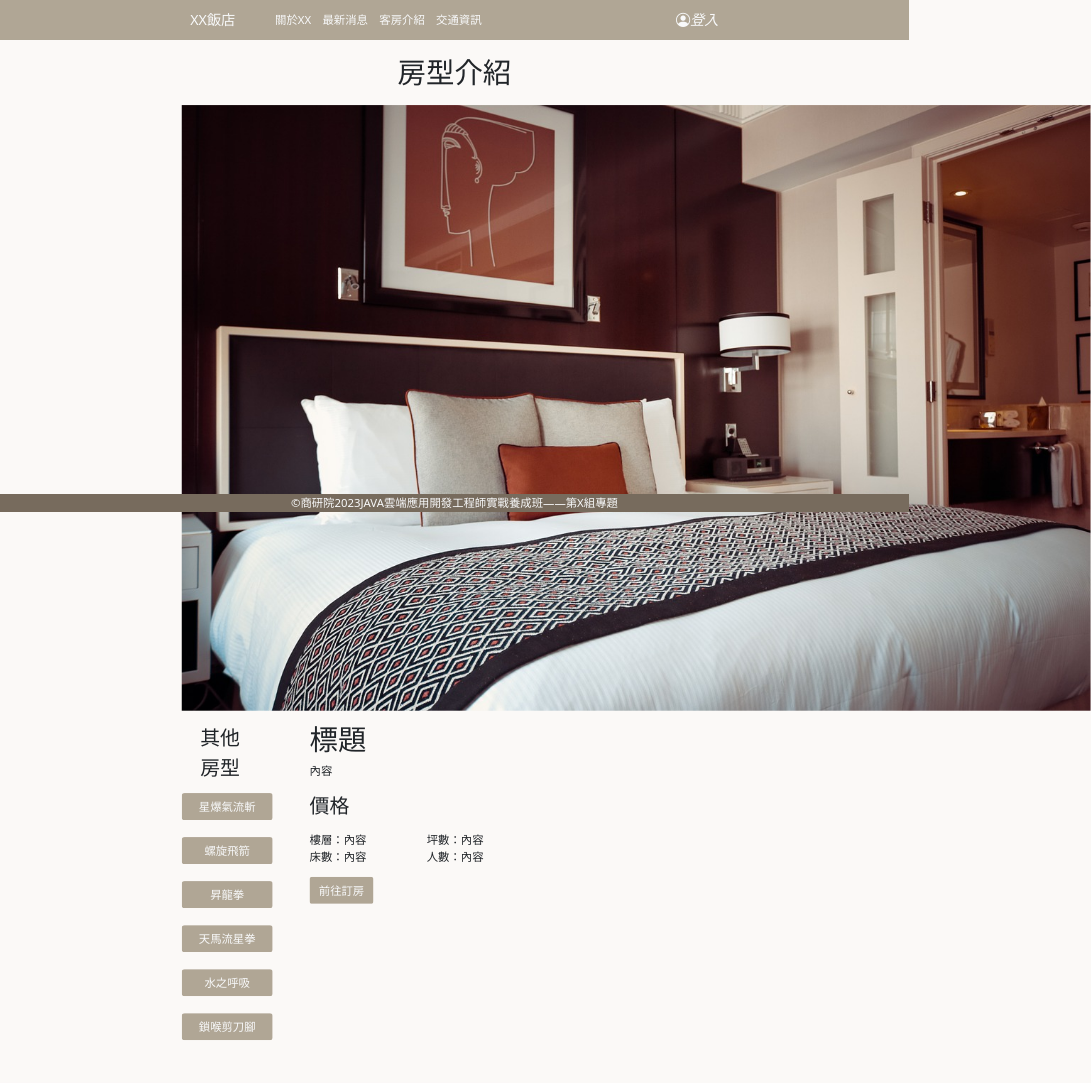
Repository: starcool0505/JavaProject-Hotel
Page: http://localhost/Hotel/room_index.jsp
These files come from the project's save history. The page is drawn as it stood at one moment and after the next save; the edit follows.
The browser window is 1280 px wide. The page is 1536 px wide, so the pictures cover 1536 px, including what lies to the right of the window. The pictures show the whole page, at 71% of full size.
The page is served by Tomcat 9. Nobody is signed in. The application's start-up code is not run. Other server files are loaded and not shown.

Above is the page before, as saved 2023-12-19 06:28:02.

### Hotel/src/main/webapp/room_index.jsp
<%@ page language="java" contentType="text/html; charset=UTF-8" pageEncoding="UTF-8"%>
<%@ page import="data.RoomData" %>

<%@ include file="/WEB-INF/views/header.jsp" %>

<!DOCTYPE html>
<html>
	<head>
		<meta charset="UTF-8">
		<link href="https://cdn.jsdelivr.net/npm/bootstrap@5.0.0/dist/css/bootstrap.min.css" rel="stylesheet">
		<link rel="stylesheet" href="https://cdn.jsdelivr.net/npm/bootstrap-icons@1.11.1/font/bootstrap-icons.css">
		<link rel="stylesheet" href="./css/main_color.css">
		<script src="https://cdn.jsdelivr.net/npm/bootstrap@5.0.0/dist/js/bootstrap.bundle.min.js"></script>
		<script src="https://cdn.jsdelivr.net/npm/jquery@3.7.1/dist/jquery.min.js"></script>
		<style>
			.custom-container
			{
				max-width: 20%;
				margin: 0;
			}
			.list-unstyled
			{
				list-style-type: none;
				padding: 0;
				margin: 0;
			}
		</style>
	</head>

	<body class="bg_main0" style="min-height: 100%">
		<div class="position-relative text-center" style="margin: 0 20%; margin-top: 10vh">
			<div class="fs-1">房型介紹</div>
			<div>
				<img alt="Image 1" src="imgs/room-1.jpg" class="mt-3">
			</div>
			<div class="row" style="max-height: auto;">
				<div class="col-2 custom-container">
					<%
						for(int i=0; i<RoomData.roomImgTitle.length; i++)
						{
							if(i==0)
							{
					%>
								<div class="row fs-3 m-3 d-flex justify-content-start">其他房型</div>
								<div class="row d-flex d-flex justify-content-start">
					<%
							}
					%>
						<div class="col-2">
							<button type="button" class="btn bg_main3 mb-4 text-light" style="min-width: 10vw;"><%= RoomData.roomImgTitle[i] %></button>
						</div>
						<div class="w-100"></div>
					<%
						}
					%>
								</div>
				</div>
				<div class="col-5 text-start ms-5">
					<h1 class="mt-3">標題</h1>
					<p>內容</p>
					<div class="fs-3">價格</div>
					<div class="row mt-3">
						<div class="col">樓層：內容</div>
						<div class="col">坪數：內容</div>
					</div>
					<div class="row">
						<div class="col">床數：內容</div>
						<div class="col">人數：內容</div>
					</div>
					<div class="mt-3">
						<button type="button" class="btn bg_main3 text-light">前往訂房</button>
					</div>
				</div>
			</div>
		</div>
	</body>
</html>

<%@ include file="/WEB-INF/views/footer.jsp" %>

### Hotel/src/main/webapp/WEB-INF/views/header.jsp
<%@ page language="java" contentType="text/html; charset=UTF-8" pageEncoding="UTF-8"%>

<!DOCTYPE html>
<html>
	<head>
		<meta charset="UTF-8">
		<title>XX飯店</title>
		<link href="https://cdn.jsdelivr.net/npm/bootstrap@5.0.0/dist/css/bootstrap.min.css" rel="stylesheet">
		<link rel="stylesheet" href="https://cdn.jsdelivr.net/npm/bootstrap-icons@1.11.1/font/bootstrap-icons.css">
		<link rel="stylesheet" href="./css/main_color.css">
		<script src="https://cdn.jsdelivr.net/npm/bootstrap@5.0.0/dist/js/bootstrap.bundle.min.js"></script>
		<script src="https://cdn.jsdelivr.net/npm/jquery@3.7.1/dist/jquery.min.js"></script>
	</head>

	<body>
		<nav class="navbar navbar-expand-lg bg_main3 fixed-top">
			<div class="container-fluid" style="margin: 0 20%">
				<a class="navbar-brand text-light me-0" href="./index.jsp">XX飯店</a>

				<button class="navbar-toggler" type="button" data-bs-toggle="collapse" data-bs-target="#navbarSupportedContent" aria-controls="navbarSupportedContent" aria-expanded="false" aria-label="Toggle navigation">
					<span class="navbar-toggler-icon"></span>
				</button>

				<div class="collapse navbar-collapse" id="navbarSupportedContent">
					<ul class="navbar-nav me-auto mb-2 mb-lg-0">
						<li class="nav-item">
							<a class="nav-link text-light ms-5" href="./page1.jsp">關於XX</a>
						</li>
						<li class="nav-item">
							<a class="nav-link text-light" href="./page2.jsp">最新消息</a>
						</li>
						<li class="nav-item">
							<a class="nav-link text-light" href="./page3.jsp">客房介紹</a>
						</li>
						<li class="nav-item">
							<a class="nav-link text-light" href="./page4.jsp">交通資訊</a>
						</li>
					</ul>
				</div>

<%-- 			<i class="bi bi-person-circle text-light h5 mb-0 d-none d-md-block">${sessionScope.username}</i> --%>
				<i class="bi bi-person-circle h5 text-light ml-3 mb-0" role="button" onclick="window.location.href='./login.jsp'">登入</i>
			</div>
		</nav>
	</body>
</html>

### Hotel/src/main/webapp/WEB-INF/views/footer.jsp
<%@ page language="java" contentType="text/html; charset=UTF-8" pageEncoding="UTF-8"%>

<footer class="position-fixed bottom-0 bg_main4 w-100 text-light text-center fixed-bottom">
	<p class="mb-0 font_c1">&copy;商研院2023JAVA雲端應用開發工程師實戰養成班——第X組專題</p>
</footer>
<div style="height: 5vh;"></div>

### Hotel/src/main/java/data/RoomData.java
package data;

public class RoomData
{
	public static String[] roomImgPaths = {"imgs/room-1.jpg", "imgs/room-2.jpg", "imgs/room-3.jpg", "imgs/room-4.jpg", "imgs/room-5.jpg", "imgs/room-6.jpg"};
	public static String[] roomImgTitle = {"星爆氣流斬", "螺旋飛箭", "昇龍拳", "天馬流星拳", "水之呼吸", "鎖喉剪刀腳"};
	public static String[] roomImgType = {"雙人房", "雙人房", "雙人房", "四人房", "四人房", "四人房"};
	public static String[] roomImgContext = {"天地玄黃，宇宙洪荒。日月盈昃，辰宿列張。", "寒來暑往，秋收冬藏。閏餘成歲，律呂調陽。", "雲騰致雨，露結為霜。金生麗水，玉出崑崗。", "劍號巨闕，珠稱夜光。果珍李柰，菜重芥薑。", "海鹹河淡，鱗潛羽翔。龍師火帝，鳥官人皇。", "始制文字， 乃服衣裳。 推位讓國， 有虞陶唐。"};
}

### Hotel/src/main/webapp/css/main_color.css
/* 背景顏色用的主色調 */
.bg_main0
{
	background-color: rgb(251, 249, 247);
}
.bg_main1
{
	background-color: #F3EEEA;
	/* 最淺 */
}
.bg_main2
{
	background-color: #EBE3D5;
	/* 次之 */
}
.bg_main3
{
	background-color: #B0A695;
	/* 再次之 */
}
.bg_main4
{
	background-color: #776B5D;
	/* 最深 */
}
.color1
{
	background-color: #85586F;
	/* 紫色 */
}
.color2
{
	background-color: #874356;
	/* 紅色 */
}
.color3
{
	background-color: #B7CADB;
}
.text1
{
	color: whitesmoke;
}

After the next save:
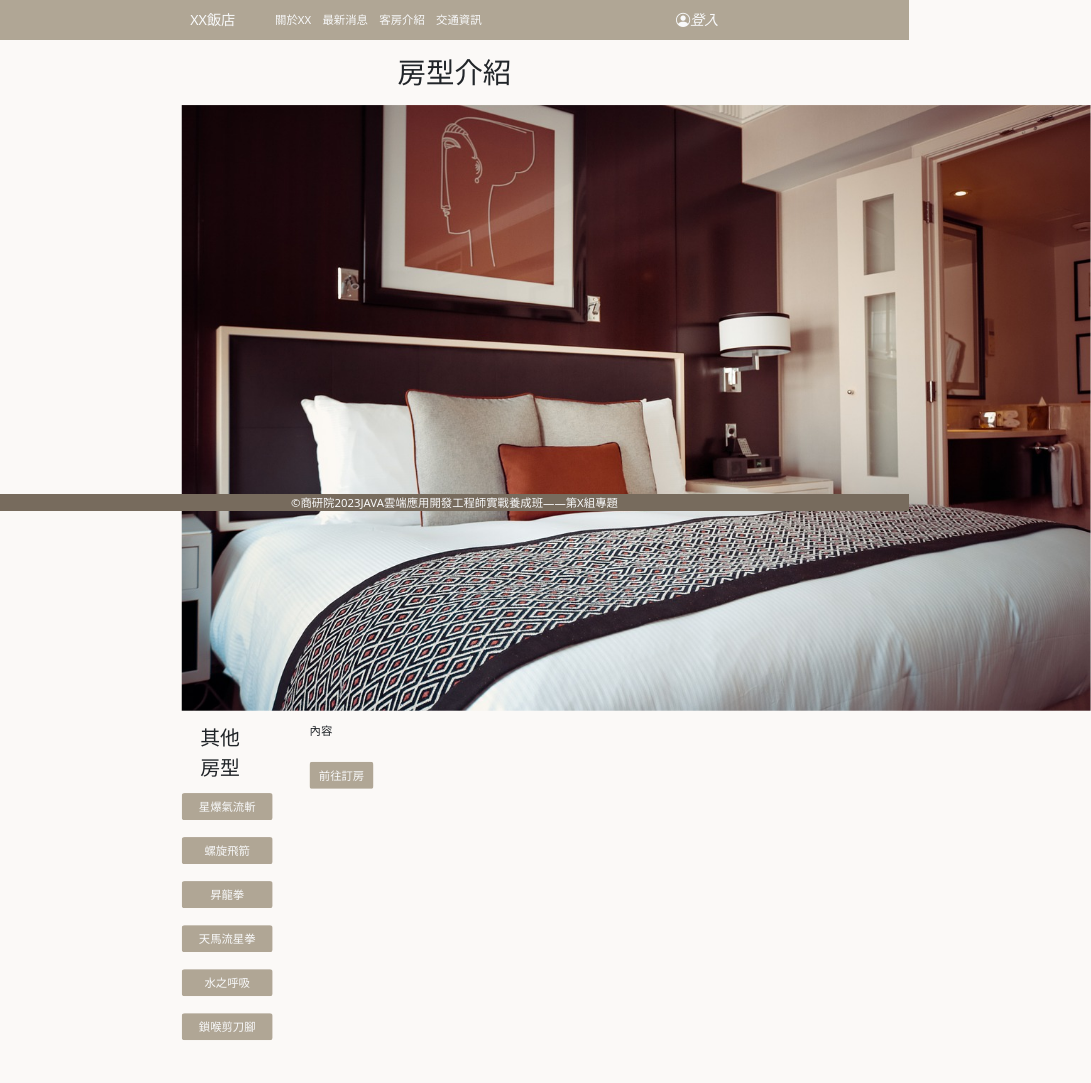
Saved 6 min 49 s later.
--- a/Hotel/src/main/webapp/room_index.jsp
+++ b/Hotel/src/main/webapp/room_index.jsp
@@ -56,16 +56,16 @@
 								</div>
 				</div>
 				<div class="col-5 text-start ms-5">
-					<h1 class="mt-3">標題</h1>
+					<h1 class="mt-3">${title}</h1>
 					<p>內容</p>
-					<div class="fs-3">價格</div>
+					<div class="fs-3">${price}</div>
 					<div class="row mt-3">
-						<div class="col">樓層：內容</div>
-						<div class="col">坪數：內容</div>
+						<div class="col">${floor}</div>
+						<div class="col">${square}</div>
 					</div>
 					<div class="row">
-						<div class="col">床數：內容</div>
-						<div class="col">人數：內容</div>
+						<div class="col">${bed}</div>
+						<div class="col">${people}</div>
 					</div>
 					<div class="mt-3">
 						<button type="button" class="btn bg_main3 text-light">前往訂房</button>
